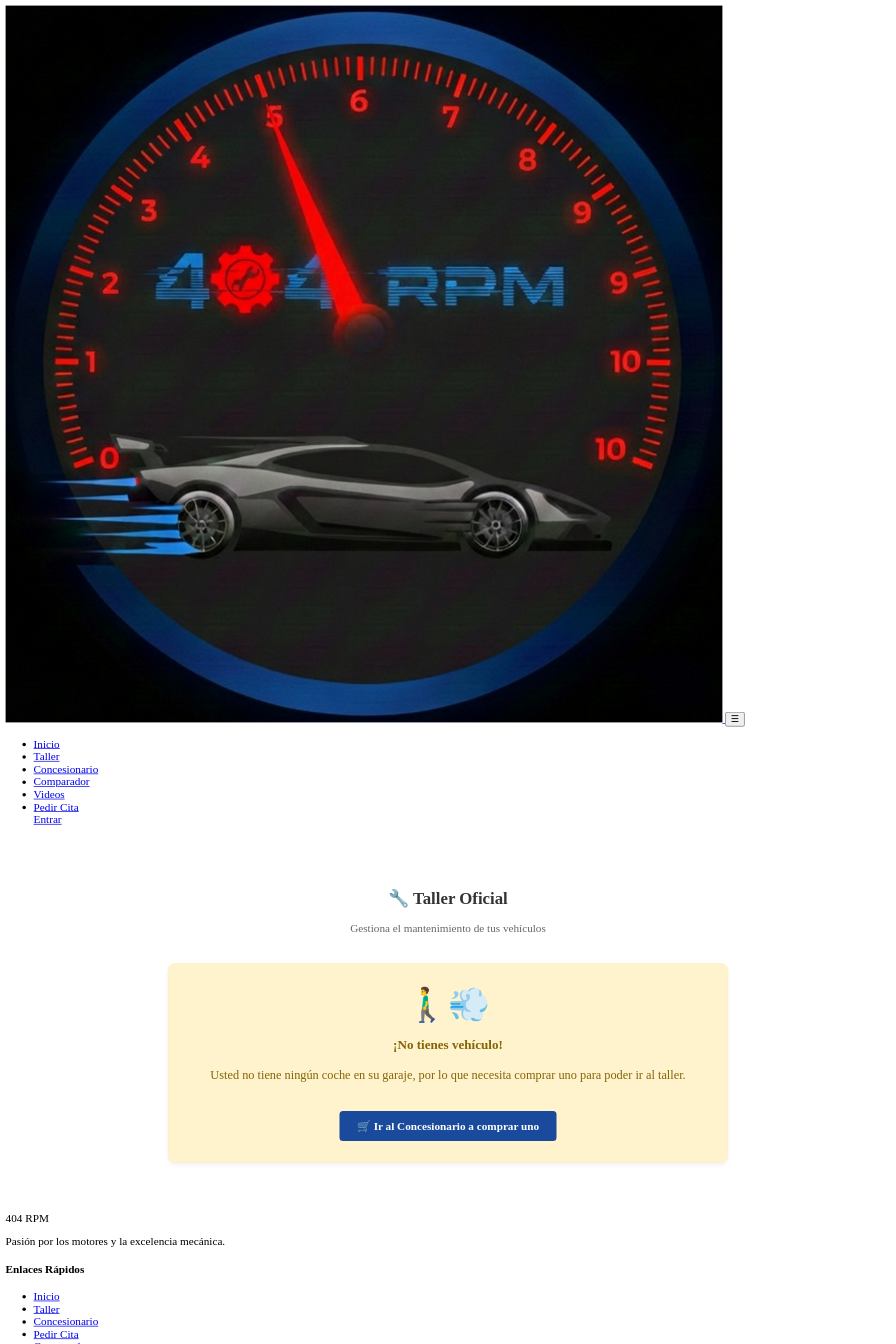
Repository: ikcpt/404-rpm
Page: http://localhost/cita
These files come from the project's save history. The page is drawn as it stood at one moment and after the next save; the edit follows.
The browser window is 1280 px wide. The pictures show the part of the page from y = 0 to 1920 px (the page is 5983 px tall before and 6001 px after), at 70% of full size.
The page is served by the project's Laravel application, run on PHP 8.4 with Laravel 12. Other server files are loaded and not shown.

Above is the page before, as saved 2026-02-13 12:33:01.

### dev/backend/src/routes/web.php
<?php

use App\Http\Controllers\ProfileController;
use App\Http\Controllers\HomeController;
use App\Http\Controllers\CarController;
use App\Http\Controllers\ComparacionController;
use App\Http\Controllers\CitaController;
use Illuminate\Support\Facades\File;
use Illuminate\Support\Facades\Route;
use Illuminate\Support\Facades\Response;
use Illuminate\Support\Facades\Auth;
use App\Models\Car;
use App\Models\Brand;
use App\Models\Appointment;

// Ruta para acceder a la página de inicio
Route::get('/', [HomeController::class, 'index'])->name('home');

// Ruta para cargar la página de inicio de sesión
Route::get('/login', function() {
    return view('login');
})->name('login');

// Ruta para cargar la página de registro de un nuevo usuario
Route::get('/register', function() {
    return view('register');
})->name('register');

// Si cualquier usuario accede a esta ruta, se le redigirá a la página de inicio
Route::get('/dashboard', function () {
    return redirect('/');
})->middleware(['auth', 'verified'])->name('dashboard');

// Ruta para acceder al menú de inicio de sesión
Route::get('acceso', function () {
    return view('acceso');
})->name('acceso');

// Ruta para la página de ayuda/tutoriales
Route::get('/ayuda', function () {
    return view('tutoriales');
})->name('ayuda');

// Rutas de concesionario, para filtrar los coches según la marca, y buscar el modelo de cada coche con el buscador
Route::get('/concesionario', [CarController::class, 'concesionario'])->name('concesionario');

Route::get('/ficha/{id}', [CarController::class, 'show'])->name('ficha');

Route::get('/marca/{id}', [CarController::class, 'carsByBrand'])->name('marca.detalle');

Route::get('/pedir-cita', [CitaController::class, 'create'])->middleware('auth')->name('pedir-cita');

Route::get('/cita', [CitaController::class, 'create'])->name('cita.create');
Route::post('/cita', [CitaController::class, 'store'])->name('citas.store');

// Rutas del perfil
Route::middleware('auth')->group(function () {
    // Ruta para cambiar la configuración del perfil
    Route::get('configuracion', [ProfileController::class, 'edit'])->name('configuracion');

    // Ruta para actualizar la información del perfil
    Route::patch('/profile', [ProfileController::class, 'update'])->name('profile.update');

    // Ruta para borrar información del perfil
    Route::delete('/profile', [ProfileController::class, 'destroy'])->name('profile.destroy');

    // Perfil (Vista principal)
    Route::get('/perfil', [ProfileController::class, 'show'])->name('perfil');

    // Rutas para la COMPRA:
    Route::post('/coche/{car}/comprar', [CarController::class, 'comprar'])->name('coche.comprar');

    // Rutas para la RESERVA:
    // 1. Mostrar el formulario (GET)
    Route::get('/coche/{car}/reservar', [CarController::class, 'mostrarFormularioReserva'])->name('coche.reservar.form');

    // 2. Procesar el formulario (POST)
    Route::post('/coche/{car}/reservar', [CarController::class, 'procesarReserva'])->name('coche.reservar.proceso');
    Route::post('/coche/{car}/finalizar', [CarController::class, 'finalizarReserva'])->name('coche.finalizar');

    // Facturas
    Route::get('/mis-facturas', function() {
        $user = Auth::user();
        $facturas = $user->facturas()->orderBy('fecha_emision', 'desc')->get();
        return view('mis-facturas', compact('user', 'facturas'));
    })->name('mis-facturas');

    // Citas
    Route::get('/mis-citas', [CitaController::class, 'index'])->name('mis-citas');

    // Página del comparador
    Route::get('/comparacion', [ComparacionController::class, 'index'])->name('comparacion');

    // Guardar una nueva comparación
    Route::post('/comparacion', [ComparacionController::class, 'store'])->name('comparacion.store');

    Route::delete('/comparacion', [ComparacionController::class, 'destroy'])->name('comparacion.destroy');

    // Ver las comparaciones del usuario
    Route::get('/mis-comparaciones', [ComparacionController::class, 'showUserComparisons'])->name('mis-comparaciones');

    // Datos JSON de un coche individual (para arrastrar y soltar)
    Route::get('/comparacion/{id}', [ComparacionController::class, 'show']);
});


// --- RUTA COMODÍN ---
// Esta ruta captura cualquier URL que no coincida con las anteriores.

Route::get('{any}', function ($filename) {
    $path = base_path('../frontend/' . $filename);

    if (!File::exists($path)) {
        abort(404);
    }

    $file = File::get($path);
    $type = File::mimeType($path);

    $response = Response::make($file, 200);
    $response->header('Content-Type', $type);

    return $response;
})->where('any', '.*');

require __DIR__.'/auth.php';

### dev/backend/src/app/Http/Controllers/CitaController.php
<?php

namespace App\Http\Controllers;

use Illuminate\Http\Request;
use Illuminate\Support\Facades\Auth;
use App\Models\Car;
use App\Models\Cita;

class CitaController extends Controller
{
    public function index()
    {
        $user = Auth::user();

        // Obtenemos historial
        $citas = Cita::where('user_id', $user->id)->orderBy('fecha', 'desc')->get();
        $misCoches = $user->cars;

        // Retornamos la vista del perfil
        return view('profile.Mis-citas', compact('citas', 'misCoches'));
    }

    // Muestra el formulario para pedir cita
    public function create()
    {
        $user = Auth::user();

        // 1. Obtener coches del usuario (o colección vacía si no hay usuario)
        $misCoches = $user ? $user->cars : collect();

        // 2. Obtener historial de citas (para evitar errores si la vista lo intenta mostrar)
        $citas = $user ? Cita::where('user_id', $user->id)->get() : collect();

        // 3. Retornar vista con TODOS los datos
        return view('cita', compact('user', 'misCoches', 'citas'));
    }

    // Guarda la nueva cita en la base de datos
 public function store(Request $request)
    {
        $request->validate([
            'fecha' => 'required|date',
            'hora' => 'required',
            'descripcion' => 'required|string|max:500',
            'car_id' => 'required|exists:cars,id',
        ]);

        // 2. Crear la cita
        $cita = new Cita();
        $cita->user_id = Auth::id();
        $cita->car_id = $request->car_id;
        $cita->fecha = $request->fecha;
        $cita->hora = $request->hora;
        $cita->description = $request->descripcion;
        $cita->tipo = $request->input('tipo', 'Mecánica General');
        $cita->estado = 'Pendiente';

        $cita->save();

        return redirect()->route('perfil')->with('success', '¡Cita solicitada con éxito!');
    }
}

### dev/backend/src/resources/views/cita.blade.php
@extends('layouts.layout')

@section('title', 'Pedir Cita')

@section('content')

<div class="container" style="max-width: 800px; margin: 50px auto; padding: 20px;">

    <div class="encabezado" style="text-align: center; margin-bottom: 40px;">
        <h2 style="font-weight: 700; color: #333;">🔧 Taller Oficial</h2>
        <p style="color: #666;">Gestiona el mantenimiento de tus vehículos</p>
    </div>

    {{-- LÓGICA: ¿Tiene coches el usuario? --}}
    @if($misCoches->isEmpty())

    {{-- CASO 1: NO TIENE COCHES (Mensaje del usuario) --}}
    <div
        style="background-color: #fff3cd; color: #856404; padding: 30px; border-radius: 10px; border: 1px solid #ffeeba; text-align: center; box-shadow: 0 4px 6px rgba(0,0,0,0.05);">
        <div style="font-size: 3rem; margin-bottom: 15px;">🚶‍♂️💨</div>
        <h3 style="margin-bottom: 15px; font-weight: bold;">¡No tienes vehículo!</h3>

        <p style="font-size: 1.1rem; line-height: 1.6;">
            Usted no tiene ningún coche en su garaje, por lo que necesita comprar uno para poder ir al taller.
        </p>

        <a href="{{ route('concesionario') }}"
            style="display: inline-block; margin-top: 20px; background: #1a4a9c; color: white; padding: 12px 25px; border-radius: 5px; text-decoration: none; font-weight: bold; transition: 0.3s;">
            🛒 Ir al Concesionario a comprar uno
        </a>
    </div>

    @else

    {{-- CASO 2: SÍ TIENE COCHES (Mostrar formulario) --}}
    <div class="card"
        style="background: white; padding: 30px; border-radius: 15px; box-shadow: 0 10px 25px rgba(0,0,0,0.1);">

        {{-- Mensajes de error de validación --}}
        @if ($errors->any())
        <div
            style="background-color: #f8d7da; color: #721c24; padding: 15px; margin-bottom: 20px; border-radius: 5px; border: 1px solid #f5c6cb;">
            <ul style="margin: 0; padding-left: 20px;">
                @foreach ($errors->all() as $error)
                <li>{{ $error }}</li>
                @endforeach
            </ul>
        </div>
        @endif

        <form action="{{ route('citas.store') }}" method="POST">
            @csrf

            <div class="form-group" style="margin-bottom: 20px;">
                <label for="car_id"
                    style="display: block; font-weight: 600; margin-bottom: 8px; color: #444;">Selecciona tu
                    vehículo:</label>
                <select name="car_id" id="car_id" class="form-control"
                    style="width: 100%; padding: 12px; border: 1px solid #ddd; border-radius: 8px; font-size: 1rem;"
                    required>
                    <option value="" disabled selected>-- Elige uno de tus coches --</option>
                    @foreach($misCoches as $coche)
                    <option value="{{ $coche->id }}">
                        {{ $coche->brand->name ?? 'Marca' }} {{ $coche->model }}
                    </option>
                    @endforeach
                </select>
            </div>

            <div style="display: flex; gap: 20px; margin-bottom: 20px;">
                <div style="flex: 1;">
                    <label for="fecha"
                        style="display: block; font-weight: 600; margin-bottom: 8px; color: #444;">Fecha:</label>
                    <input type="date" name="fecha" id="fecha" class="form-control"
                        style="width: 100%; padding: 12px; border: 1px solid #ddd; border-radius: 8px;" required
                        min="{{ date('Y-m-d') }}">
                </div>
                <div style="flex: 1;">
                    <label for="hora"
                        style="display: block; font-weight: 600; margin-bottom: 8px; color: #444;">Hora:</label>
                    <input type="time" name="hora" id="hora" class="form-control"
                        style="width: 100%; padding: 12px; border: 1px solid #ddd; border-radius: 8px;" required>
                </div>
            </div>

            <div class="form-group" style="margin-bottom: 25px;">
                <label for="descripcion" style="display: block; font-weight: 600; margin-bottom: 8px; color: #444;">¿Qué
                    le pasa al coche?</label>
                <textarea name="descripcion" id="descripcion" rows="4" class="form-control"
                    style="width: 100%; padding: 12px; border: 1px solid #ddd; border-radius: 8px; resize: none;"
                    placeholder="Ej: Hace un ruido raro al frenar..." required></textarea>
            </div>

            <button type="submit"
                style="width: 100%; background: #1a4a9c; color: white; border: none; padding: 15px; font-size: 1.1rem; font-weight: bold; border-radius: 8px; cursor: pointer; transition: background 0.3s;">
                📅 Confirmar Cita
            </button>

        </form>
    </div>
    @endif

</div>

@endsection

### dev/backend/src/resources/views/layouts/layout.blade.php
<!DOCTYPE html>
<html lang="es">

<head>
    <meta charset="UTF-8">
    <meta name="viewport" content="width=device-width, initial-scale=1.0">
    <meta name="csrf-token" content="{{ csrf_token() }}">

    <title>@yield('title', '404 RPM')</title>

    <link rel="preconnect" href="https://fonts.googleapis.com">
    <link rel="preconnect" href="https://fonts.gstatic.com" crossorigin>
    <link href="https://fonts.googleapis.com/css2?family=Inter:wght@400;600;700&display=swap" rel="stylesheet">
    <link rel="stylesheet" href="{{ asset('css/responsive.css') }}">
    <link rel="stylesheet" href="{{ asset('css/inicio.css') }}">
    <link rel="stylesheet" href="{{ asset('css/Tarjetas.css') }}">
    <link rel="stylesheet" href="{{ asset('css/perfil.css') }}">
    <link rel="stylesheet" href="{{ asset('css/footer.css') }}">
    <link rel="stylesheet" href="{{ asset('css/nav.css') }}">
    <link rel="stylesheet" href="{{ asset('css/concesionario.css') }}">
    <link rel="stylesheet" href="{{ asset('css/buscador.css') }}">
    <link rel="stylesheet" href="{{ asset('css/citas.css') }}">

    <script src="https://code.jquery.com/jquery-3.7.1.min.js"></script>
    <link rel="stylesheet" href="https://code.jquery.com/ui/1.13.2/themes/base/jquery-ui.css">
    <script src="https://code.jquery.com/ui/1.13.2/jquery-ui.min.js"></script>

    @stack('styles')
</head>

<body>
    <header class="encabezado-principal">
        <div class="contenedor-header">
            <a href="{{ route('home') }}" class="logo">
                <img src="{{ asset('assets/img/logo.jpg') }}" alt="404 RPM Inicio">
            </a>

            <button class="boton-menu" aria-label="Abrir menú">☰</button>

            <nav class="navegacion-principal">
                <ul class="lista-navegacion">
                    <li><a href="{{ route('home') }}" class="enlace-nav">Inicio</a></li>
                    <li><a href="{{ asset('taller.html') }}" class="enlace-nav">Taller</a></li>
                    <li><a href="{{ route('concesionario') }}" class="enlace-nav">Concesionario</a></li>
                    <li><a href="{{ route('comparacion') }}" class="enlace-nav">Comparador</a></li>
                    <li><a href="{{ route('ayuda') }}" class="enlace-nav">Videos</a></li>
                    <li><a href="{{ route('pedir-cita') }}" class="enlace-nav">Pedir Cita</a></li>

                    @guest
                    <li id="menu-guest" style="display: flex; gap: 15px; align-items: center;">
                        <a href="{{ route('acceso') }}" class="enlace-nav boton-destacado">Entrar</a>
                    </li>
                    @endguest

                    @auth
                    <li id="menu-auth" class="item-con-desplegable">
                        <a href="{{ route('perfil') }}" class="enlace-nav enlace-perfil">
                            <svg viewBox="0 0 24 24" width="20" height="20" stroke="currentColor" stroke-width="2"
                                fill="none">
                                <path d="M20 21v-2a4 4 0 0 0-4-4H8a4 4 0 0 0-4 4v2"></path>
                                <circle cx="12" cy="7" r="4"></circle>
                            </svg>
                            <span id="user-name">{{ Auth::user()->name }}</span>
                            <svg class="flecha-baja" width="12" height="12" viewBox="0 0 24 24" stroke="currentColor"
                                stroke-width="3" fill="none">
                                <path d="M6 9l6 6 6-6" />
                            </svg>
                        </a>

                        <ul class="submenu">
                            <li><a href="{{ route('perfil') }}#garaje">🚗 Mi Garaje</a></li>
                            <li><a href="{{ route('mis-citas') }}">📅 Mis Citas</a></li>
                            <li><a href="{{ route('mis-comparaciones') }}">⚖️ Mis comparaciones</a></li>
                            <li><a href="{{ route('mis-facturas') }}">📄 Facturas</a></li>
                            <li><a href="{{ route('configuracion') }}">⚙️ Configuración</a></li>
                            <li class="separador-menu"></li>
                            <li>

                                <form method="POST" action="{{ route('logout') }}" style="display: inline;">
                                    @csrf
                                    <a href="#" onclick="event.preventDefault(); this.closest('form').submit();"
                                        class="cerrar-sesion">
                                        🚪 Cerrar Sesión
                                    </a>
                                </form>
                            </li>
                        </ul>
                    </li>
                    @endauth

                </ul>
            </nav>
        </div>
    </header>

    <main>
        @yield('content')
    </main>

    <footer class="pie-pagina">
        <div class="contenedor-footer">
            <div class="columna-footer">
                <div class="footer-logo">404 RPM</div>
                <p class="footer-texto">Pasión por los motores y la excelencia mecánica.</p>
            </div>

            <div class="columna-footer">
                <h4>Enlaces Rápidos</h4>
                <ul class="enlaces-footer">
                    <li><a href="{{ route('home') }}">Inicio</a></li>
                    <li><a href="{{ asset('taller.html') }}">Taller</a></li>
                    <li><a href="{{ route('concesionario') }}">Concesionario</a></li>
                    <li><a href="{{ asset('pedir-cita') }}">Pedir Cita</a></li>
                    <li><a href="{{ asset('comparacion') }}">Comparador</a></li>
                    <li><a href="{{ route('login') }}">Mi Perfil</a></li>
                </ul>
            </div>

            <div class="columna-footer">
                <h4>Contacto</h4>
                <ul class="info-contacto">
                    <li>📍 Calle del Motor, 404</li>
                    <li>📞 +34 600 000 000</li>
                    <li>✉️ contacto@404rpm.com</li>
                </ul>
            </div>

            <div class="columna-footer">
                <h4>Síguenos</h4>
                <div class="redes-sociales">
                    <a href="#" aria-label="Instagram" class="icono-social">
                        <svg viewBox="0 0 24 24" stroke="currentColor" stroke-width="2" fill="none"
                            stroke-linecap="round" stroke-linejoin="round">
                            <rect x="2" y="2" width="20" height="20" rx="5" ry="5"></rect>
                            <path d="M16 11.37A4 4 0 1 1 12.63 8 4 4 0 0 1 16 11.37z"></path>
                            <line x1="17.5" y1="6.5" x2="17.51" y2="6.5"></line>
                        </svg>
                    </a>
                    <a href="#" aria-label="Facebook" class="icono-social">
                        <svg viewBox="0 0 24 24" stroke="currentColor" stroke-width="2" fill="none"
                            stroke-linecap="round" stroke-linejoin="round">
                            <path d="M18 2h-3a5 5 0 0 0-5 5v3H7v4h3v8h4v-8h3l1-4h-4V7a1 1 0 0 1 1-1h3z"></path>
                        </svg>
                    </a>
                    <a href="#" aria-label="Twitter" class="icono-social">
                        <svg viewBox="0 0 24 24" stroke="currentColor" stroke-width="2" fill="none"
                            stroke-linecap="round" stroke-linejoin="round">
                            <path
                                d="M23 3a10.9 10.9 0 0 1-3.14 1.53 4.48 4.48 0 0 0-7.86 3v1A10.66 10.66 0 0 1 3 4s-4 9 5 13a11.64 11.64 0 0 1-7 2c9 5 20 0 20-11.5a4.5 4.5 0 0 0-.08-.83A7.72 7.72 0 0 0 23 3z">
                            </path>
                        </svg>
                    </a>
                </div>
            </div>
        </div>
        <div class="barra-copyright">
            <p>&copy; 2026 404 RPM. Todos los derechos reservados.</p>
        </div>
    </footer>

    <script src="{{ asset('js/app.js') }}"></script>
    <script src="{{ asset('js/menu.js') }}"></script>
    @yield('scripts')
</body>

</html>

Loaded but not shown: dev/backend/src/routes/auth.php (common file); dev/backend/src/app/Http/Controllers/Auth/EmailVerificationPromptController.php (common file); dev/backend/src/app/Http/Controllers/Controller.php (common file); dev/backend/src/app/Http/Controllers/Auth/VerifyEmailController.php (common file)

After the next save:
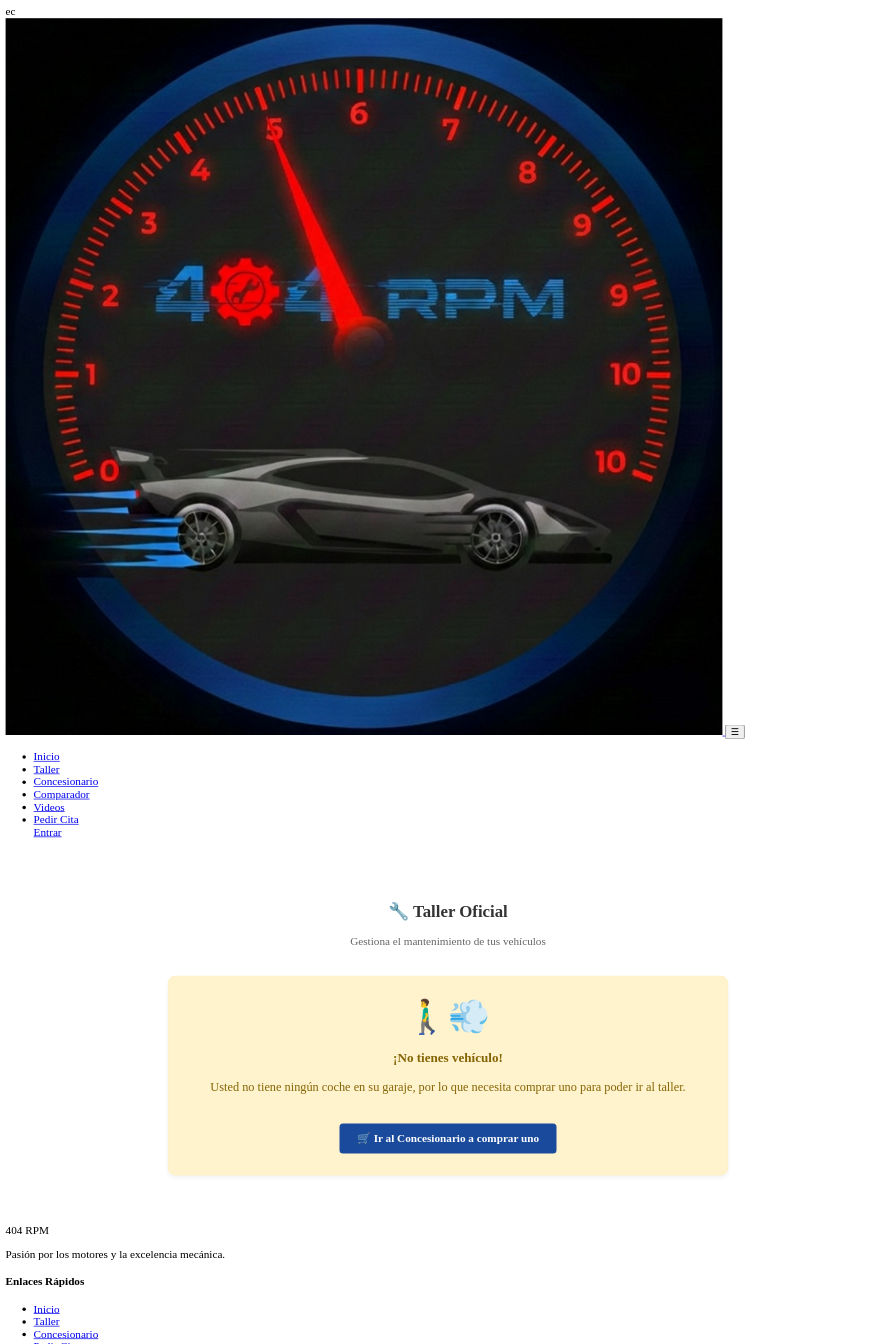
Saved 13 s later.
--- a/dev/backend/src/resources/views/layouts/layout.blade.php
+++ b/dev/backend/src/resources/views/layouts/layout.blade.php
@@ -19,7 +19,7 @@
     <link rel="stylesheet" href="{{ asset('css/nav.css') }}">
     <link rel="stylesheet" href="{{ asset('css/concesionario.css') }}">
     <link rel="stylesheet" href="{{ asset('css/buscador.css') }}">
-    <link rel="stylesheet" href="{{ asset('css/citas.css') }}">
+    <link rel="stylesheet" href="{{ asset('css/citas.css') }}">ec
 
     <script src="https://code.jquery.com/jquery-3.7.1.min.js"></script>
     <link rel="stylesheet" href="https://code.jquery.com/ui/1.13.2/themes/base/jquery-ui.css">
